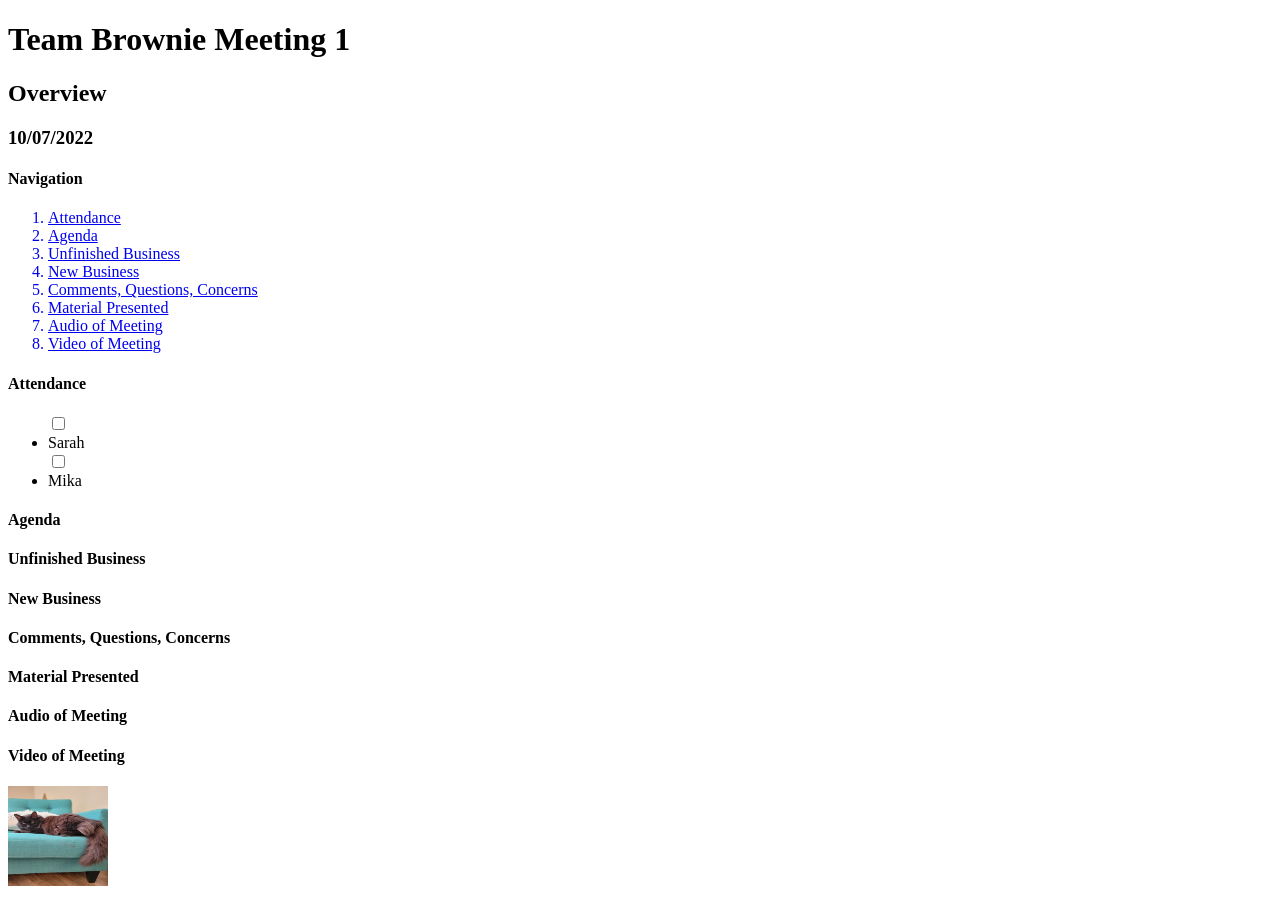
Repository: sarahtthomson/fa22-cse110-lab3
Page: index.html
These files come from the project's save history. The page is drawn as it stood at one moment and after the next save; the edit follows.
The browser window is 1280 px wide. The pictures show the whole page.

Above is the page before, as saved 2022-10-07 15:09:55.

### index.html
<!DOCTYPE html>
<html lang="en">
    <head>
        <Title>Team Brownie</Title>
        <meta name="description" content="Meeting minutes for Team Brownie">
        <link rel="icon" href="/favicon.ico" />
    </head>
    <body>
        <header>
            <h1>Team Brownie Meeting 1</h1>
            <h2>Overview</h2>
            <h3>10/07/2022</h3>
        </header>
        <main>
            <div class="nav">
                <h4>Navigation</h4>
                <ol>
                    <a href="#Attendance" class="btn"><li>Attendance</li></a>
                    <a href="#Agenda" class="btn"><li>Agenda</li></a>
                    <a href="#Unfinished Business" class="btn"><li>Unfinished Business</li></a>
                    <a href="#New Business" class="btn"><li>New Business</li></a>
                    <a href="#Comments" class="btn"><li>Comments, Questions, Concerns</li></a>
                    <a href="#Material" class="btn"><li>Material Presented</li></a>
                    <a href="#Audio" class="btn"><li>Audio of Meeting</li></a>
                    <a href="#Video" class="btn"><li>Video of Meeting</li></a>
                </ol>
            </div>
            <div class="Attendance" id="Attendance">
                <h4>Attendance</h4>
                <ul>
                    <input type="checkbox"><li>Sarah</li>
                    <input type="checkbox"><label><li>Mika</li></label>
                </ul>
            </div>
            <div class="Agenda" id="Agenda">
                <h4>Agenda</h4>
            </div>
            <div class="Unfinished Business" id="Agenda">
                <h4>Unfinished Business</h4>
            </div>
            <div class="New Business" id="New Business">
                <h4>New Business</h4>
            </div>
            <div class="Comments" id="Comments">
                <h4>Comments, Questions, Concerns</h4>
            </div>
            <div class="Material" id="Material">
                <h4>Material Presented</h4>
            </div>
            <div class="Audio" id="Audio">
                <h4>Audio of Meeting</h4>
            </div>
            <div class="Video" id="Video">
                <h4>Video of Meeting</h4>
            </div>
        </main>
        <img height="100" width="100" src="/cat.jpg">
    </body>
</html>

After the next save:
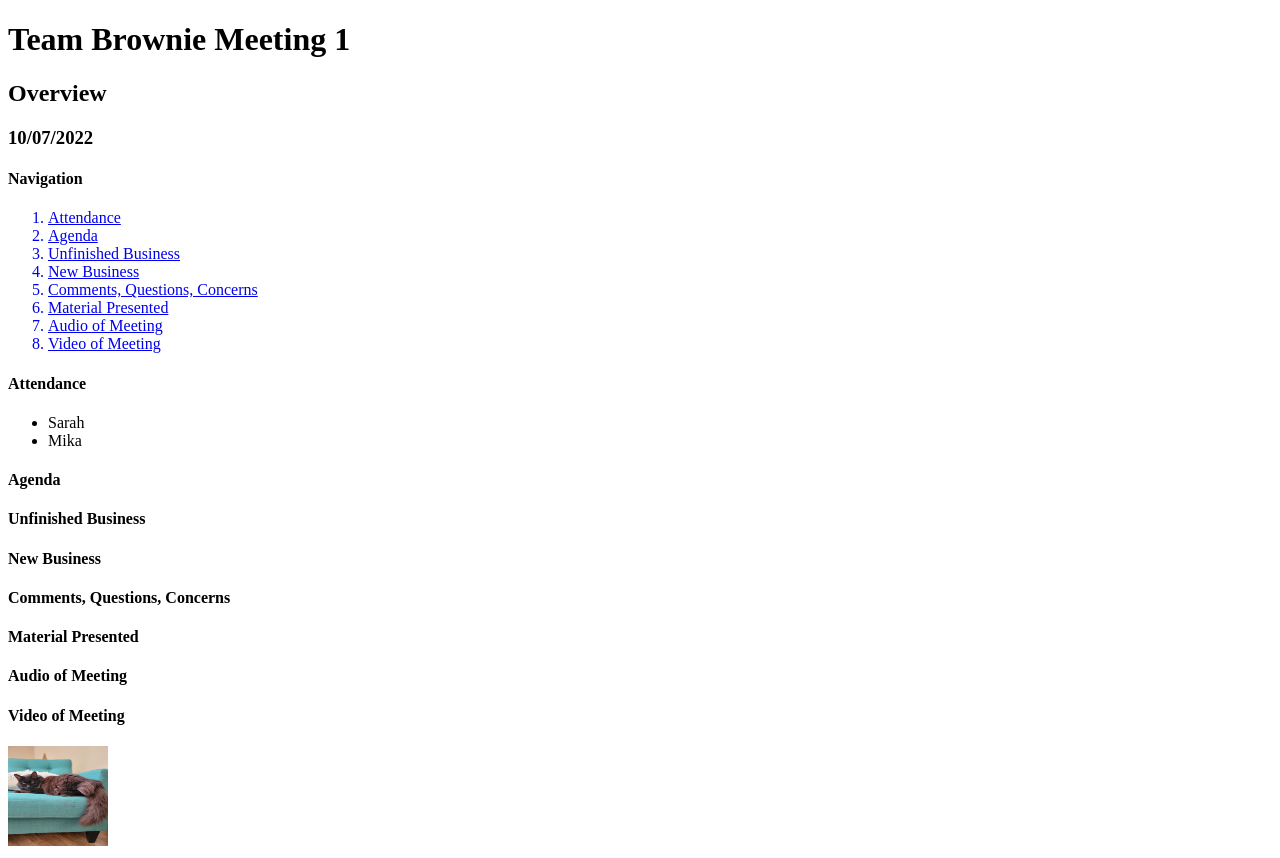
Saved 19 s later.
--- a/index.html
+++ b/index.html
@@ -28,8 +28,8 @@
             <div class="Attendance" id="Attendance">
                 <h4>Attendance</h4>
                 <ul>
-                    <input type="checkbox"><li>Sarah</li>
-                    <input type="checkbox"><label><li>Mika</li></label>
+                    <li>Sarah</li>
+                    <li>Mika</li></label>
                 </ul>
             </div>
             <div class="Agenda" id="Agenda">
